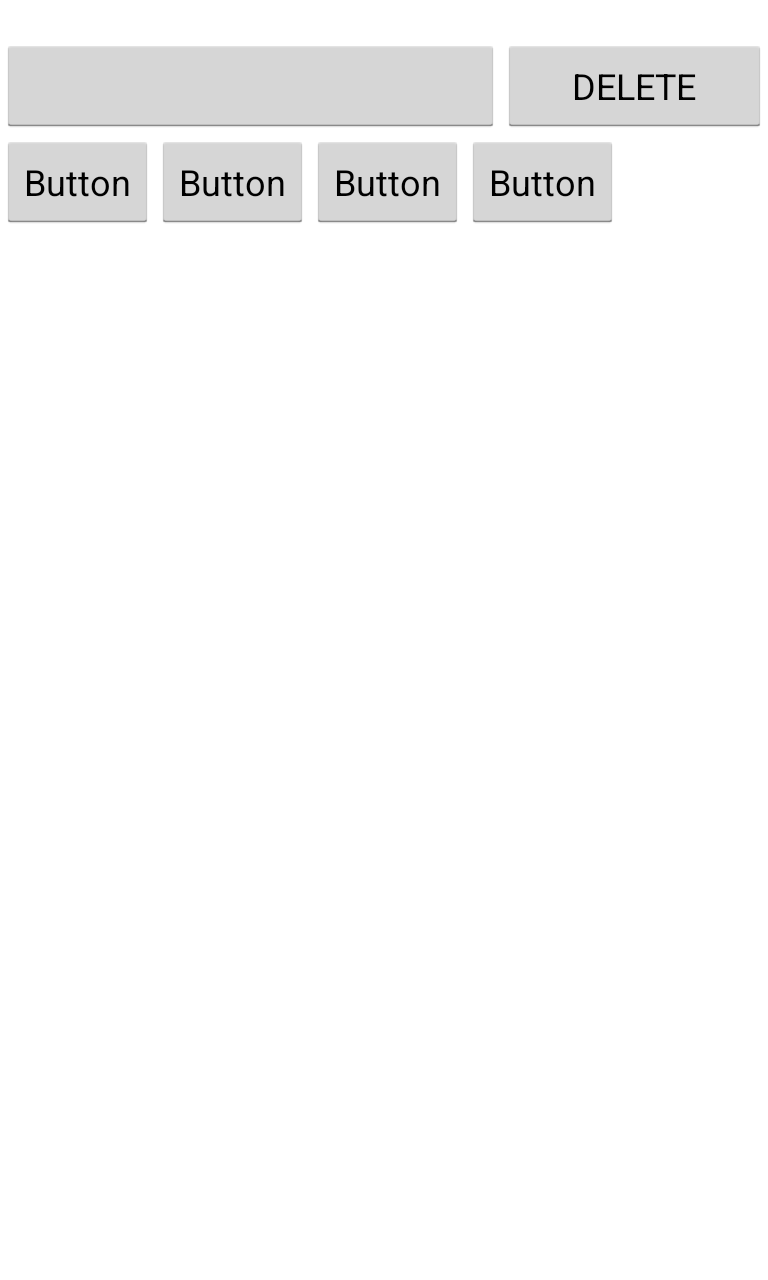
Repository: iracom/ejercicios-android
Layout: Calculadora/res/layout/activity_main.xml
The author's editor kept a copy of each file at every save. The layout is drawn from the files as they stood at one save, then again after the next save.
It is drawn on a 768 x 1280 px phone screen (xhdpi) without system bars, with theme AppTheme; the app's code is not run.

Above is the layout before, as saved 2014-05-07 09:55:31.

### Calculadora/res/layout/activity_main.xml
<LinearLayout xmlns:android="http://schemas.android.com/apk/res/android"
    xmlns:tools="http://schemas.android.com/tools"
    android:id="@+id/container"
    android:layout_width="match_parent"
    android:layout_height="match_parent"
    android:orientation="vertical">

    <TextView
        android:id="@+id/textView1"
        android:layout_width="match_parent"
        android:layout_height="wrap_content"
        android:text="" />

    <LinearLayout
        android:layout_width="match_parent"
        android:layout_height="wrap_content" >

        <Button
            android:id="@+id/button2"
            android:layout_width="wrap_content"
            android:layout_height="wrap_content"
            android:layout_weight="4"
            android:text=""
            android:clickable="false"/>

        <Button
            android:id="@+id/btn_delete"
            android:layout_width="wrap_content"
            android:layout_height="wrap_content"
            android:layout_weight="1"
            android:text="@string/borrar" />

    </LinearLayout>

    <LinearLayout
        android:layout_width="wrap_content"
        android:layout_height="match_parent" >

        <Button
            android:id="@+id/btn_7"
            android:layout_width="wrap_content"
            android:layout_height="wrap_content"
            android:text="Button" />

        <Button
            android:id="@+id/btn_8"
            android:layout_width="wrap_content"
            android:layout_height="wrap_content"
            android:text="Button" />

        <Button
            android:id="@+id/btn_9"
            android:layout_width="wrap_content"
            android:layout_height="wrap_content"
            android:text="Button" />

        <Button
            android:id="@+id/btn_div"
            android:layout_width="wrap_content"
            android:layout_height="wrap_content"
            android:text="Button" />

    </LinearLayout>

</LinearLayout>

### Calculadora/res/values/strings.xml
<?xml version="1.0" encoding="utf-8"?>
<resources>

    <string name="app_name">Calculadora</string>
    <string name="hello_world">Hello world!</string>
    <string name="action_settings">Settings</string>
    <string name="borrar">DELETE</string>
    <string name="uno">1</string>
    <string name="dos">2</string>
    <string name="tres">3</string>
    <string name="cuatro">4</string>
    <string name="cinco">5</string>
    <string name="seis">6</string>
    <string name="siete">7</string>
    <string name="ocho">8</string>
    <string name="nueve">9</string>
    <string name="cero">0</string>
    <string name="sum">+</string>
    <string name="res">-</string>
    <string name="mul">x</string>
    <string name="div">/</string>
    <string name="igual">=</string>
    <string name="punto">.</string>

</resources>

Loaded but not shown: Calculadora/res/values/styles.xml (common file); Calculadora/res/values-v11/styles.xml (common file); Calculadora/res/values-v14/styles.xml (common file)

After the next save:
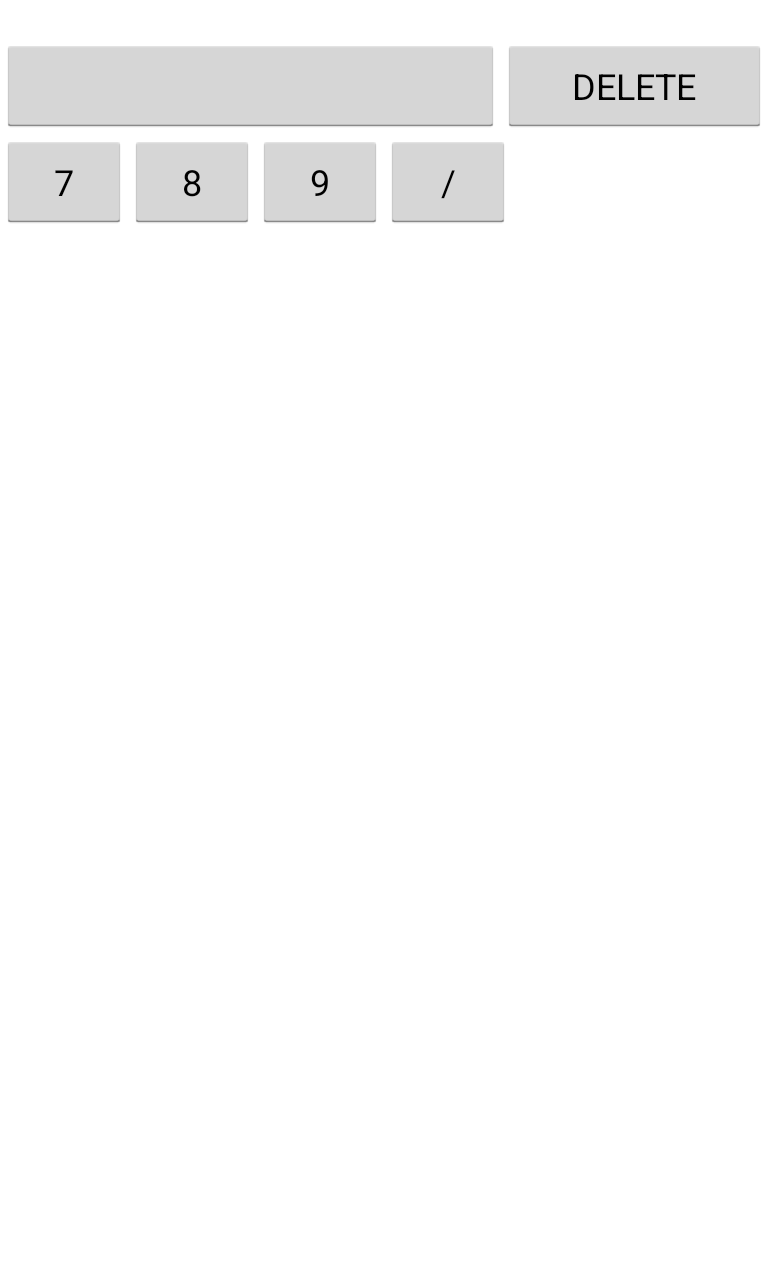
Saved 23 s later.
--- a/Calculadora/res/layout/activity_main.xml
+++ b/Calculadora/res/layout/activity_main.xml
@@ -40,25 +40,25 @@
             android:id="@+id/btn_7"
             android:layout_width="wrap_content"
             android:layout_height="wrap_content"
-            android:text="Button" />
+            android:text="@string/siete" />
 
         <Button
             android:id="@+id/btn_8"
             android:layout_width="wrap_content"
             android:layout_height="wrap_content"
-            android:text="Button" />
+            android:text="@string/ocho" />
 
         <Button
             android:id="@+id/btn_9"
             android:layout_width="wrap_content"
             android:layout_height="wrap_content"
-            android:text="Button" />
+            android:text="@string/nueve" />
 
         <Button
             android:id="@+id/btn_div"
             android:layout_width="wrap_content"
             android:layout_height="wrap_content"
-            android:text="Button" />
+            android:text="@string/div" />
 
     </LinearLayout>
 
